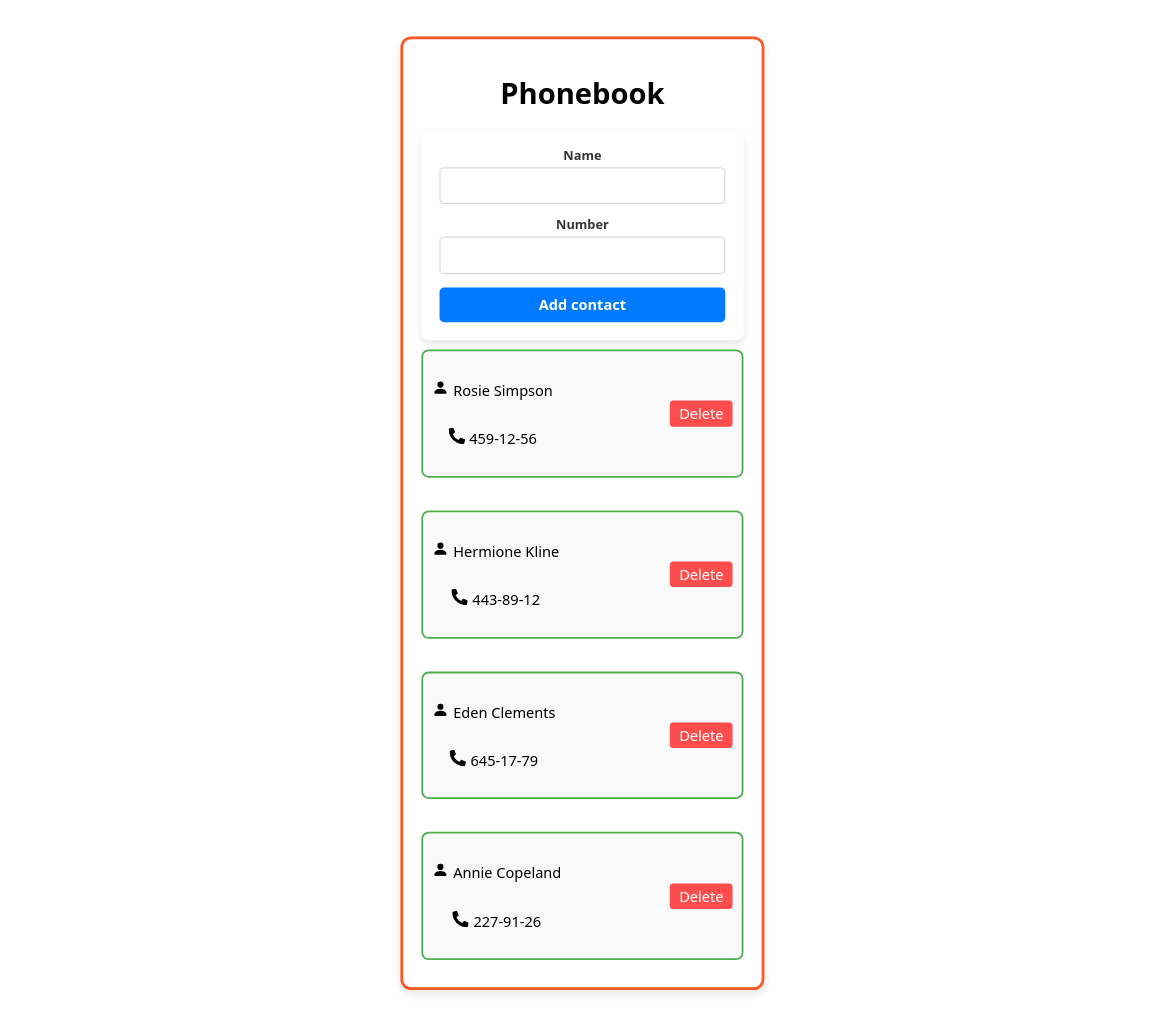
Repository: Evgeniya-Tishakova/goit-react-hw-03
Page: /
The author's editor kept a copy of each file at every save. The page is drawn from the files as they stood at one save, then again after the next save.
The browser window is 1280 px wide. The pictures show the whole page, at 91% of full size.
The project was rebuilt for these pictures with package versions that can differ from the ones it lists, and the page was loaded fresh each time. Also part of the build but not shown: vite.config.js, src/index.css.

Above is the page before, as saved 2025-03-09 15:30:11.

### src/main.jsx
import { StrictMode } from "react";
import { createRoot } from "react-dom/client";
import "./index.css";
import App from "./components/App/App";
import "modern-normalize";

createRoot(document.getElementById("root")).render(
  <StrictMode>
    <App />
  </StrictMode>
);

### src/components/App/App.jsx
import { useState } from "react";
import { nanoid } from "nanoid";

import css from "./App.module.css";
import ContactForm from "../ContactForm/ContactForm";
import ContactList from "../ContactList/ContactList";

export default function App() {
  const [users, setUsers] = useState([
    { id: "id-1", name: "Rosie Simpson", number: "459-12-56" },
    { id: "id-2", name: "Hermione Kline", number: "443-89-12" },
    { id: "id-3", name: "Eden Clements", number: "645-17-79" },
    { id: "id-4", name: "Annie Copeland", number: "227-91-26" },
  ]);
  const [filterContacts, setFilterContacts] = useState("");

  const addUser = (newUser) => {
    setUsers((prevUsers) => {
      return [...prevUsers, newUser];
    });
  };

  const deleteUser = (userId) => {
    console.log(userId);
  };

  const searchUsers = users.filter((user) => user.name.toLowerCase());

  return (
    <>
      <div className={css.container}>
        <h1 className={css.title}>Phonebook</h1>
        <ContactForm onAdd={addUser} />
        <ContactList users={users} onDelete={deleteUser} />
      </div>
    </>
  );
}

### src/components/App/App.module.css
.container {
  max-width: 400px;
  margin: 40px auto;
  padding: 20px;
  border: 3px solid #ff5722;
  border-radius: 12px;
  background-color: #fff;
  box-shadow: 0px 4px 10px rgba(0, 0, 0, 0.1);
  text-align: center;
}

### src/components/ContactForm/ContactForm.jsx
import { Formik, Form, Field, ErrorMessage } from "formik";
import css from "./ContactForm.module.css";
import * as Yup from "yup";
import { nanoid } from "nanoid";

const UserSchema = Yup.object().shape({
  name: Yup.string()
    .min(3, "Too Short!")
    .max(50, "Too Long!")
    .required("Required"),
  number: Yup.number()
    .min(3, "Too short")
    .max(50, "Too long")
    .required("Required"),
});

export default function ContactForm({ onAdd }) {
  const initialValues = {
    name: "",
    number: "",
  };

  const handleSubmit = (values, actions) => {
    console.log("handleSubmit", values);

    onAdd(values, (id = nanoid));
    actions.resetForm();
  };

  // const handleSubmit =(event) => {
  // event.preventDefault();
  //   onAdd({
  //     name: event.target.elements.name.value;
  //     number: event.target.elements.number.value;
  //   })
  // }

  return (
    <Formik
      initialValues={initialValues}
      onSubmit={handleSubmit}
      validation={UserSchema}
    >
      {(props) => (
        <Form className={css.form} onSubmit={props.handleSubmit}>
          <div className={css.container}>
            <label className={css.label}>Name</label>
            <Field className={css.input} type="text" name="name" />
            <ErrorMessage className={css.error} name="name" component="span" />
          </div>
          <div className={css.container}>
            <label className={css.label}>Number</label>
            <Field className={css.input} type="text" name="number" />
            <ErrorMessage
              className={css.error}
              name="number"
              component="span"
            />
          </div>

          <button className={css.button} type="submit">
            Add contact
          </button>
        </Form>
      )}
    </Formik>
  );
}

### src/components/ContactList/ContactList.jsx
import css from "./ContactList.module.css";
import Contact from "../Contact/Contact";

export default function ContactList({ users, onDelete }) {
  return (
    <ul className={css.list}>
      {users.map((user) => (
        <li className={css.item}>
          <Contact
            key={user.id}
            name={user.name}
            number={user.number}
            onDelete={onDelete}
          />
        </li>
      ))}
    </ul>
  );
}

### src/components/ContactForm/ContactForm.module.css
.form {
    display: flex;
    flex-direction: column;
    align-items: center;
    gap: 15px;
    background-color: #fff;
    padding: 20px;
    border-radius: 8px;
    box-shadow: 0 4px 8px rgba(0, 0, 0, 0.1);
    max-width: 400px;
    margin: 0 auto;
}

.container {
    display: flex;
    flex-direction: column;
    width: 100%;
}


.label {
    font-size: 14px;
    font-weight: 600;
    color: #333;
    margin-bottom: 5px;
}

.input {
    width: 100%;
    padding: 10px;
    border: 1px solid #ccc;
    border-radius: 5px;
    font-size: 16px;
    transition: border 0.3s ease;
}

.input:focus {
    border-color: #007bff;
    outline: none;
}

.button {
    width: 100%;
    padding: 10px;
    background-color: #007bff;
    color: white;
    font-size: 16px;
    font-weight: bold;
    border: none;
    border-radius: 5px;
    cursor: pointer;
    transition: background 0.3s ease;
}

.button:hover {
    background-color: #0056b3;
}

.button:active {
    background-color: #004494;
}


.error {
    font-size: 14px;
    color: orangered;
}

### src/components/ContactList/ContactList.module.css
.list {
    margin: 0;
    padding: 0;
    display: flex;
    flex-direction: column;
    gap: 16px;
}

.item {
    border: 2px solid #4caf50;
    border-radius: 8px;
    padding: 10px;
    margin: 10px 0;
    display: flex;
    justify-content: space-between;
    align-items: center;
    background-color: #f9f9f9;
}

.item:hover {
    background-color: #e8f5e9;
}

### src/components/Contact/Contact.jsx
import css from "./Contact.module.css";
import { BsPersonFill } from "react-icons/bs";
import { FaPhoneAlt } from "react-icons/fa";

export default function Contact({ id, name, number, onDelete }) {
  return (
    <>
      <div className={css.container}>
        <p className={css.text}>
          <BsPersonFill className={css.icon} />
          {name}
        </p>
        <p className={css.text}>
          <FaPhoneAlt className={css.icon} />
          {number}
        </p>
      </div>
      <button className={css.button} onClick={() => onDelete}>
        Delete
      </button>
    </>
  );
}

### src/components/Contact/Contact.module.css
.container {
    display: flex;
    flex-direction: column;

    margin: 5px 0;

}



.button {
    padding: 5px 10px;
    background-color: #ff4d4d;
    border: none;
    color: white;
    border-radius: 4px;
    cursor: pointer;
    transition: background 0.3s;
}


.button:hover {
    background-color: #cc0000;
}

.icon {
    margin-right: 5px;



    width: 18px;
    height: 18px;
}

Loaded but not shown: index.html (common file)

After the next save:
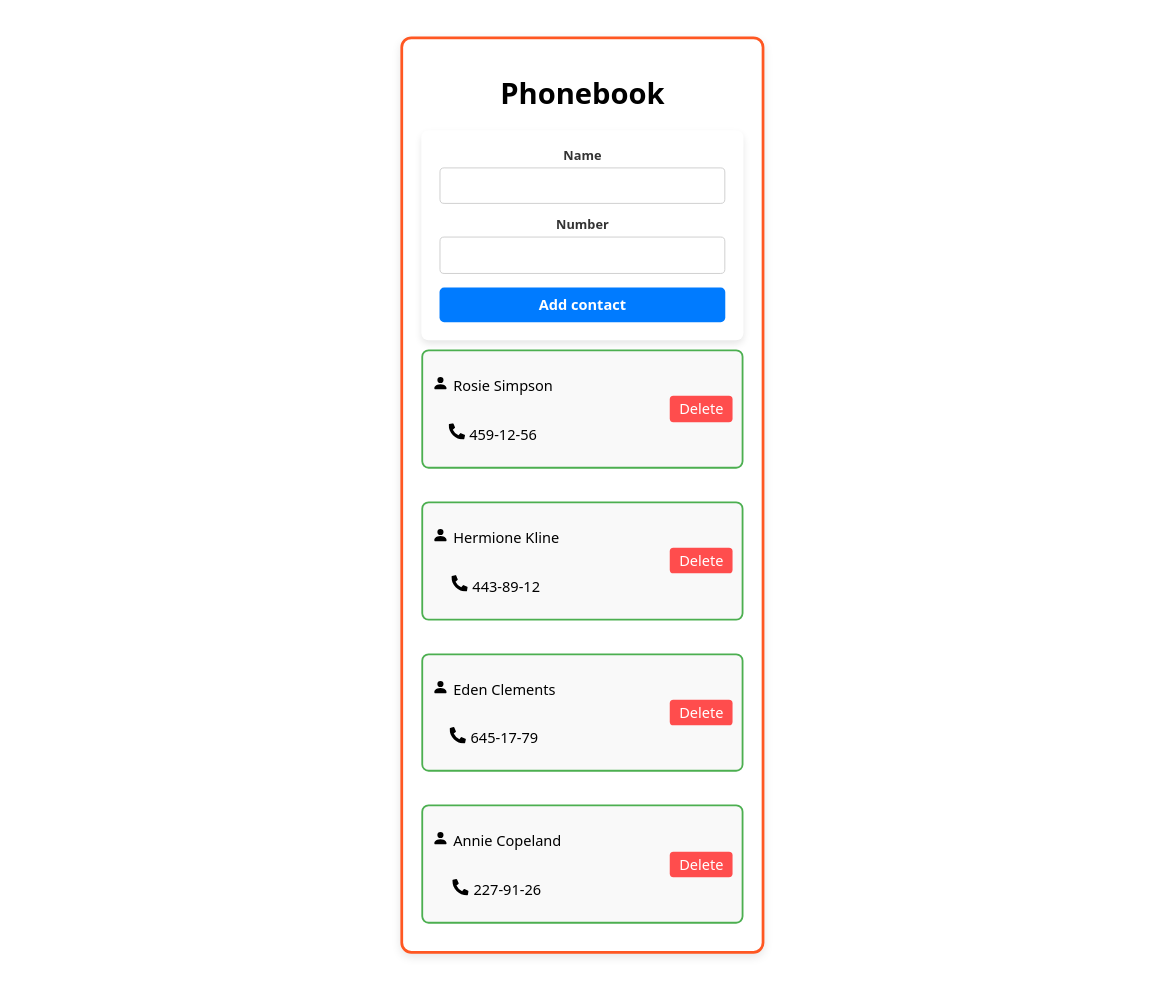
Saved 6 s later.
--- a/src/components/Contact/Contact.module.css
+++ b/src/components/Contact/Contact.module.css
@@ -2,7 +2,7 @@
     display: flex;
     flex-direction: column;
 
-    margin: 5px 0;
+
 
 }
 
